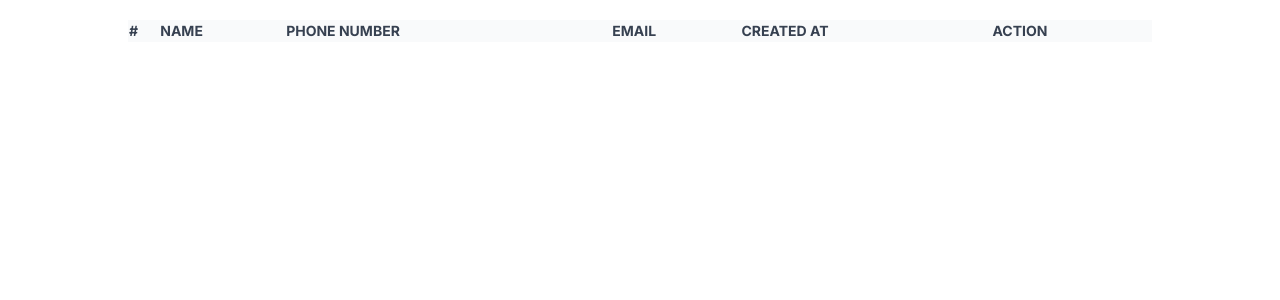
Repository: KilluaProject/crud-nextjs14
Page: /contacts
The author's editor kept a copy of each file at every save. The page is drawn from the files as they stood at one save, then again after the next save.
The browser window is 1280 px wide. The pictures show the whole page.
The project was rebuilt for these pictures with package versions that can differ from the ones it lists, and the page was loaded fresh each time. The framework's server and built-in components were replaced by stand-ins that run in the browser. Also part of the build but not shown: next.config.mjs.

Above is the page before, as saved 2024-06-30 11:22:49.

### app/layout.tsx
import type { Metadata } from "next";
import { Inter } from "next/font/google";
import "./globals.css";

const inter = Inter({ subsets: ["latin"] });

export const metadata: Metadata = {
  title: "CRUD Apps",
  description: "Generated by create next app",
};

export default function RootLayout({
  children,
}: Readonly<{
  children: React.ReactNode;
}>) {
  return (
    <html lang="en">
      <body className={inter.className}>{children}</body>
    </html>
  );
}

### app/contacts/page.tsx
import ContactsTable from '@/components/ContactsTable'


const ContactsPage = () => {
  return (
    <div className='max-w-screen-lg mx-auto mt-5'>
        <ContactsTable/>
    </div>
  )
}

export default ContactsPage

### components/ContactsTable.tsx


const ContactsTable = () => {
  return (
    <table className="w-full text-sm text-left text-gray-500">
        <thead className="text-sm text-gray-700 uppercase bg-gray-50">
            <tr>
                <th>#</th>
                <th>Name</th>
                <th>Phone Number</th>
                <th>Email</th>
                <th>Created At</th>
                <th>Action</th>
            </tr>
        </thead>
        <tbody>
            <tr>
                <td></td>
                <td></td>
                <td></td>
                <td></td>
                <td></td>
                <td></td>
            </tr>
        </tbody>
    </table>
  )
}

export default ContactsTable

Loaded but not shown: app/globals.css (common file); tailwind.config.ts (common file)

After the next save:
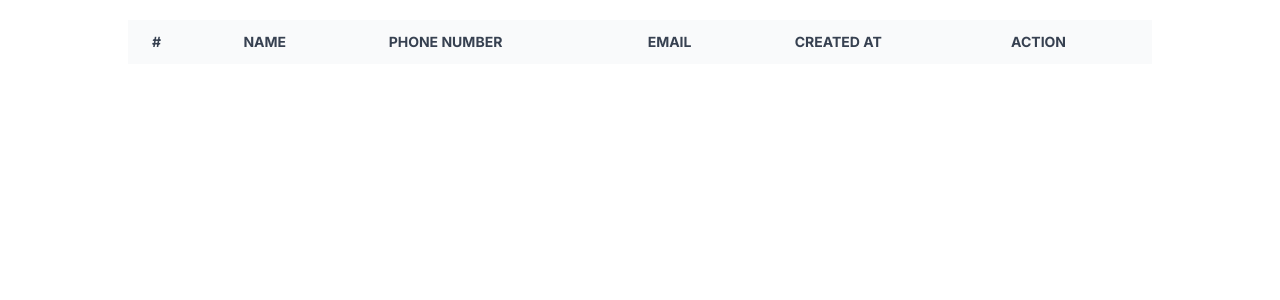
Saved 78 s later.
--- a/components/ContactsTable.tsx
+++ b/components/ContactsTable.tsx
@@ -5,12 +5,12 @@ const ContactsTable = () => {
     <table className="w-full text-sm text-left text-gray-500">
         <thead className="text-sm text-gray-700 uppercase bg-gray-50">
             <tr>
-                <th>#</th>
-                <th>Name</th>
-                <th>Phone Number</th>
-                <th>Email</th>
-                <th>Created At</th>
-                <th>Action</th>
+                <th className="py-3 px-6">#</th>
+                <th className="py-3 px-6">Name</th>
+                <th className="py-3 px-6">Phone Number</th>
+                <th className="py-3 px-6">Email</th>
+                <th className="py-3 px-6">Created At</th>
+                <th className="py-3 px-6">Action</th>
             </tr>
         </thead>
         <tbody>
